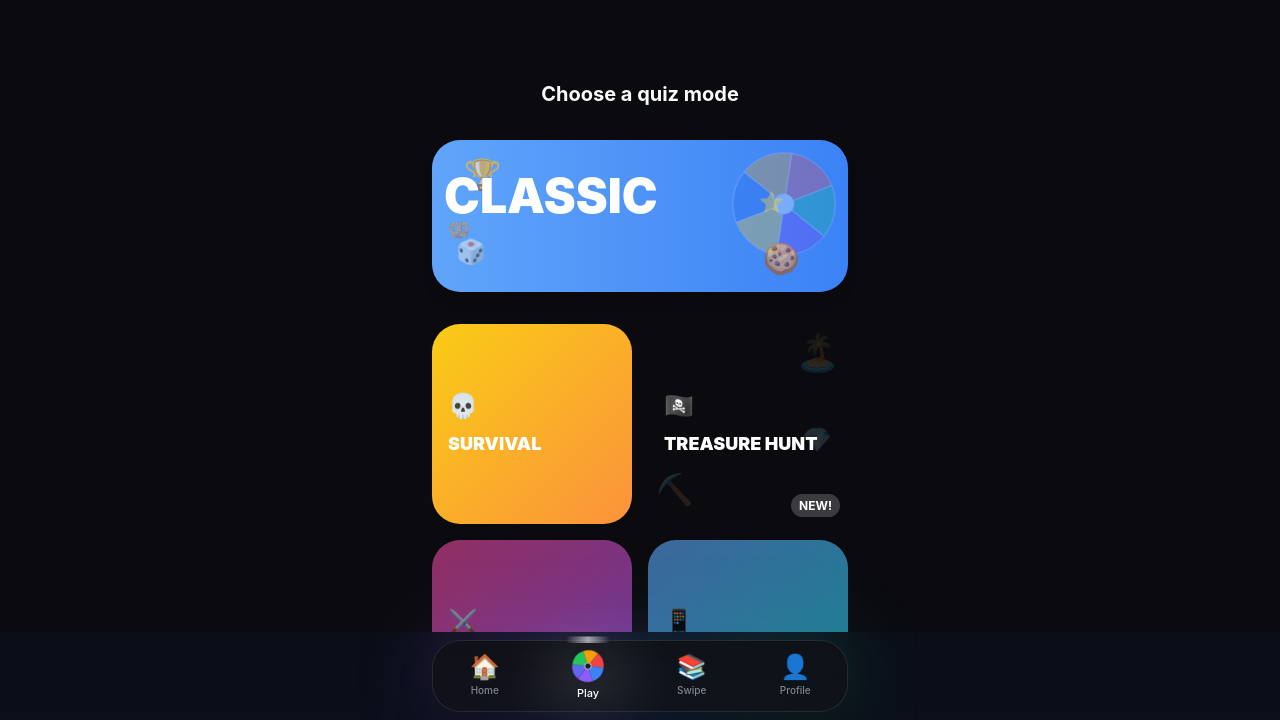
Repository: nirmaldas07/quizify-app
Page: /play
These files come from the project's save history. The page is drawn as it stood at one moment and after the next save; the edit follows.
The browser window is 1280 px wide. The pictures show the whole page.
An inner scrolling area shows only its first screen. The project was rebuilt for these pictures with package versions that can differ from the ones it lists, and the page was loaded fresh each time. Some packages were replaced by stand-ins written for this rebuild. Also part of the build but not shown: src/components/Shared/CoinFly.jsx, src/components/GameSystem/AvatarDisplay.jsx, src/components/GameSystem/XPBar.jsx, src/components/GameSystem/EnergyMeter.jsx, src/utils/categories.js, src/components/Home/HeroCard.jsx, src/components/Home/QuickActions.jsx, src/components/Home/CategoryGrid.jsx and 44 more.

Above is the page before, as saved 2025-08-31 23:13:05.

After the next save:
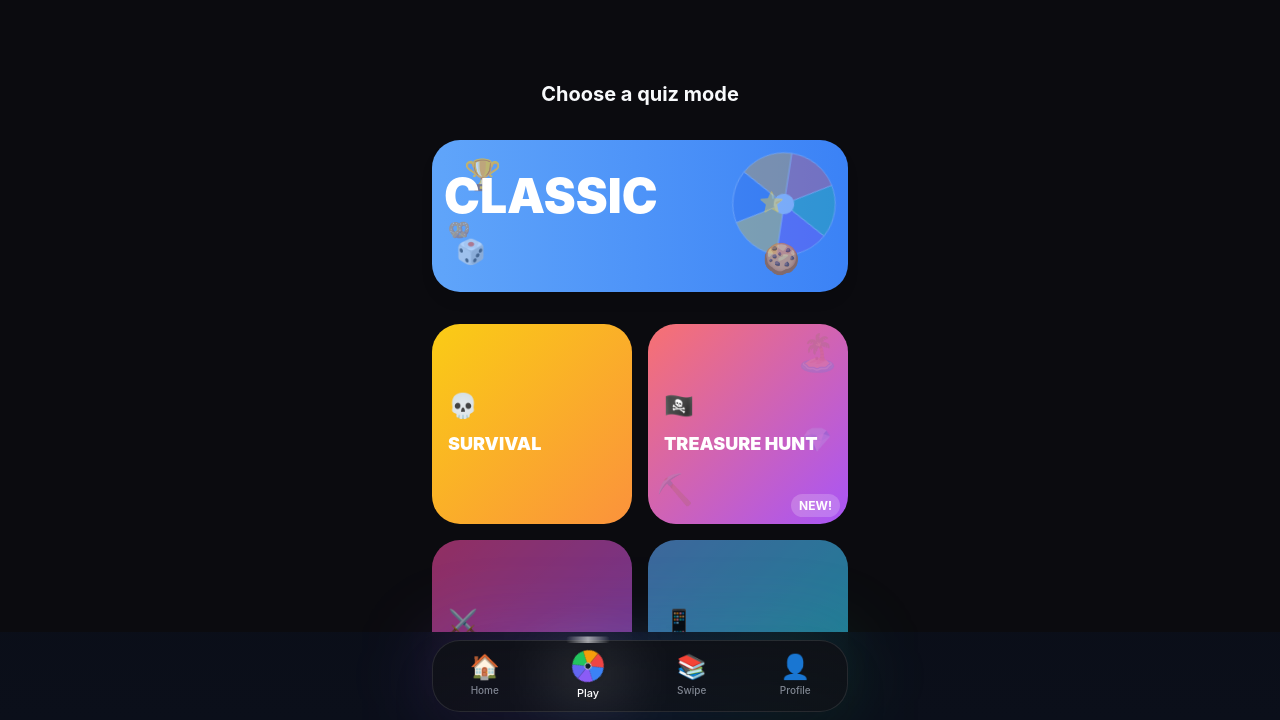
Saved 5 s later.
--- a/src/components/Play/PlayHome.jsx
+++ b/src/components/Play/PlayHome.jsx
@@ -76,7 +76,7 @@ function ModesGrid({ onModeSelect, onNavigateHome }) {
 
             <button
               onClick={() => onModeSelect('treasureHunt')}
-              className="aspect-square rounded-3xl bg-gradient-to-br from-violoet-400 to-purple-500 p-4 text-left hover:shadow-xl transition-all active:scale-[0.98] relative overflow-hidden"
+              className="aspect-square rounded-3xl bg-gradient-to-br from-red-400 to-purple-500 p-4 text-left hover:shadow-xl transition-all active:scale-[0.98] relative overflow-hidden"
             >
               {/* Animated island background */}
               <div className="absolute inset-0 opacity-20">
